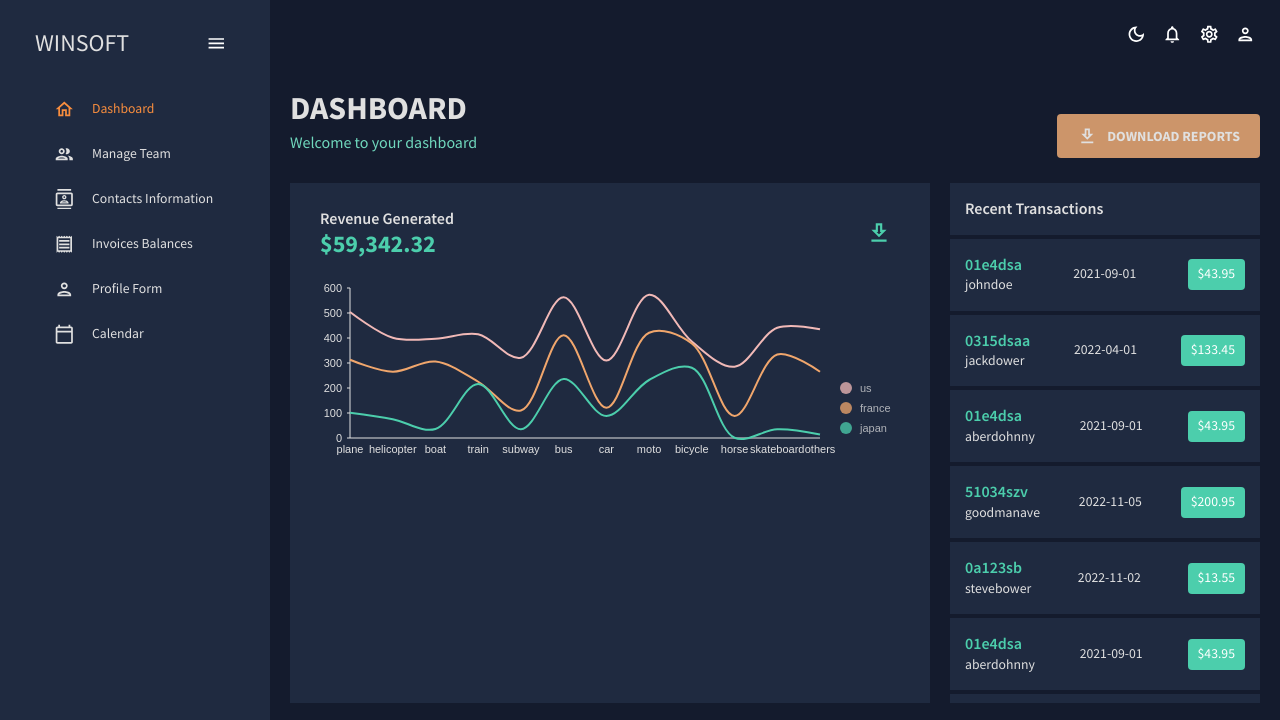
Repository: thamaraiselvan315731/winssoft
Page: /
These files come from the project's save history. The page is drawn as it stood at one moment and after the next save; the edit follows.
The browser window is 1280 px wide. The pictures show the whole page.
The project was rebuilt for these pictures with package versions that can differ from the ones it lists, and the page was loaded fresh each time. Also part of the build but not shown: src/pages/team/index.jsx, src/pages/invoices/index.jsx, src/pages/contacts/index.jsx, src/pages/form/index.jsx, src/data/mockGeoFeatures.js, src/components/GeographyChart.jsx, src/components/BarChart.jsx, src/components/ProgressCircle.jsx and 3 more.

Above is the page before, as saved 2022-12-01 11:09:54.

### src/App.js
import { useState } from "react";
import { Routes, Route } from "react-router-dom";
import Topbar from "./pages/global/Topbar";
import Sidebar from "./pages/global/Sidebar";
import Team from "./pages/team";
import Invoices from "./pages/invoices";
import Contacts from "./pages/contacts";
import Form from "./pages/form";
// import Bar from "./pages/bar";
// import Line from "./pages/line";
// import Pie from "./pages/pie";
// import Geography from "./pages/geography";
import Dashboard from "./pages/dashboard";
import FAQ from "./pages/faq";
import { CssBaseline, ThemeProvider } from "@mui/material";
import { ColorModeContext, useMode } from "./theme";
import Calendar from "./pages/calendar/calendar";

function App() {
  const [theme, colorMode] = useMode();
  const [isSidebar, setIsSidebar] = useState(true);

  return (
    <ColorModeContext.Provider value={colorMode}>
      <ThemeProvider theme={theme}>
        <CssBaseline />
        <div className="app">
          <Sidebar isSidebar={isSidebar} />
          <main className="content">
            <Topbar setIsSidebar={setIsSidebar} />
            <Routes>
              <Route path="/" element={<Dashboard />} />
              <Route path="/team" element={<Team />} />
              <Route path="/contacts" element={<Contacts />} />
              <Route path="/invoices" element={<Invoices />} />
              <Route path="/form" element={<Form />} />
              {/* <Route path="/bar" element={<Bar />} />
              <Route path="/pie" element={<Pie />} />
              <Route path="/line" element={<Line />} /> */}
              <Route path="/faq" element={<FAQ />} />
              <Route path="/calendar" element={<Calendar />} />
              {/* <Route path="/geography" element={<Geography />} /> */}
            </Routes>
          </main>
        </div>
      </ThemeProvider>
    </ColorModeContext.Provider>
  );
}

export default App;

### src/pages/global/Topbar.jsx
import { Box, IconButton, useTheme } from "@mui/material";
import { useContext } from "react";
import { ColorModeContext, tokens } from "../../theme";
import InputBase from "@mui/material/InputBase";
import LightModeOutlinedIcon from "@mui/icons-material/LightModeOutlined";
import DarkModeOutlinedIcon from "@mui/icons-material/DarkModeOutlined";
import NotificationsOutlinedIcon from "@mui/icons-material/NotificationsOutlined";
import SettingsOutlinedIcon from "@mui/icons-material/SettingsOutlined";
import PersonOutlinedIcon from "@mui/icons-material/PersonOutlined";
import SearchIcon from "@mui/icons-material/Search";

const Topbar = () => {
  const theme = useTheme();
  const colors = tokens(theme.palette.mode);
  const colorMode = useContext(ColorModeContext);

  return (
    <Box display="flex" justifyContent="flex-end" p={2}>
      {/* SEARCH BAR */}
      {/* <Box
        display="flex"
        backgroundColor={colors.primary[400]}
        borderRadius="3px"
      >
        <InputBase sx={{ ml: 2, flex: 1 }} placeholder="Search" />
        <IconButton type="button" sx={{ p: 1 }}>
          <SearchIcon />
        </IconButton>
      </Box> */}

      {/* ICONS */}
      <Box display="flex">
        <IconButton onClick={colorMode.toggleColorMode}>
          {theme.palette.mode === "dark" ? (
            <DarkModeOutlinedIcon />
          ) : (
            <LightModeOutlinedIcon />
          )}
        </IconButton>
        <IconButton>
          <NotificationsOutlinedIcon />
        </IconButton>
        <IconButton>
          <SettingsOutlinedIcon />
        </IconButton>
        <IconButton>
          <PersonOutlinedIcon />
        </IconButton>
      </Box>
    </Box>
  );
};

export default Topbar;

### src/pages/global/Sidebar.jsx
import { useState } from "react";
import { ProSidebar, Menu, MenuItem } from "react-pro-sidebar";
import { Box, IconButton, Typography, useTheme } from "@mui/material";
import { Link } from "react-router-dom";
import "react-pro-sidebar/dist/css/styles.css";
import { tokens } from "../../theme";
import HomeOutlinedIcon from "@mui/icons-material/HomeOutlined";
import PeopleOutlinedIcon from "@mui/icons-material/PeopleOutlined";
import ContactsOutlinedIcon from "@mui/icons-material/ContactsOutlined";
import ReceiptOutlinedIcon from "@mui/icons-material/ReceiptOutlined";
import PersonOutlinedIcon from "@mui/icons-material/PersonOutlined";
import CalendarTodayOutlinedIcon from "@mui/icons-material/CalendarTodayOutlined";// eslint-disable-next-line
import HelpOutlineOutlinedIcon from "@mui/icons-material/HelpOutlineOutlined";// eslint-disable-next-line
import BarChartOutlinedIcon from "@mui/icons-material/BarChartOutlined";// eslint-disable-next-line
import PieChartOutlineOutlinedIcon from "@mui/icons-material/PieChartOutlineOutlined";// eslint-disable-next-line
import TimelineOutlinedIcon from "@mui/icons-material/TimelineOutlined";// eslint-disable-next-line
import MenuOutlinedIcon from "@mui/icons-material/MenuOutlined";// eslint-disable-next-line
import MapOutlinedIcon from "@mui/icons-material/MapOutlined";// eslint-disable-next-line

const Item = ({ title, to, icon, selected, setSelected }) => {
  const theme = useTheme();
  const colors = tokens(theme.palette.mode);
  return (
    <MenuItem
      active={selected === title}
      style={{
        color: colors.grey[100],
      }}
      onClick={() => setSelected(title)}
      icon={icon}
    >
      <Typography>{title}</Typography>
      <Link to={to} />
    </MenuItem>
  );
};

const Sidebar = () => {
  const theme = useTheme();
  const colors = tokens(theme.palette.mode);
  const [isCollapsed, setIsCollapsed] = useState(false);
  const [selected, setSelected] = useState("Dashboard");

  return (
    <Box
      sx={{
        "& .pro-sidebar-inner": {
          background: `${colors.primary[400]} !important`,
        },
        "& .pro-icon-wrapper": {
          backgroundColor: "transparent !important",
        },
        "& .pro-inner-item": {
          padding: "5px 35px 5px 20px !important",
        },
        "& .pro-inner-item:hover": {
          color: "#f78d3e !important",
        },
        "& .pro-menu-item.active": {
          color: "#f78d3e !important",
        },
      }}
    >
      <ProSidebar collapsed={isCollapsed}>
        <Menu iconShape="square">
          {/* LOGO AND MENU ICON */}
          <MenuItem
            onClick={() => setIsCollapsed(!isCollapsed)}
            icon={isCollapsed ? <MenuOutlinedIcon /> : undefined}
            style={{
              margin: "10px 0 20px 0",
              color: colors.grey[100],
            }}
          >
            {!isCollapsed && (
              <Box
                display="flex"
                justifyContent="space-between"
                alignItems="center"
                ml="15px"
              >
                <Typography variant="h3" color={colors.grey[100]}>
                  WINSOFT
                </Typography>
                <IconButton onClick={() => setIsCollapsed(!isCollapsed)}>
                  <MenuOutlinedIcon />
                </IconButton>
              </Box>
            )}
          </MenuItem>

          {/* {!isCollapsed && (
            <Box mb="25px">
              <Box display="flex" justifyContent="center" alignItems="center">
                <img
                  alt="profile-user"
                  width="100px"
                  height="100px"
                  src={`../../assets/user.png`}
                  style={{ cursor: "pointer", borderRadius: "50%" }}
                />
              </Box>
              <Box textAlign="center">
                <Typography
                  variant="h2"
                  color={colors.grey[100]}
                  fontWeight="bold"
                  sx={{ m: "10px 0 0 0" }}
                >
                  Ed Roh
                </Typography>
                <Typography variant="h5" color={colors.greenAccent[500]}>
                  VP Fancy Admin
                </Typography>
              </Box>
            </Box>
          )} */}

          <Box paddingLeft={isCollapsed ? undefined : "10%"}>
            <Item
              title="Dashboard"
              to="/"
              icon={<HomeOutlinedIcon />}
              selected={selected}
              setSelected={setSelected}
            />

            {/* <Typography
              variant="h6"
              color={colors.grey[300]}
              sx={{ m: "15px 0 5px 20px" }}
            >
              Data
            </Typography> */}
            <Item
              title="Manage Team"
              to="/team"
              icon={<PeopleOutlinedIcon />}
              selected={selected}
              setSelected={setSelected}
            />
            <Item
              title="Contacts Information"
              to="/contacts"
              icon={<ContactsOutlinedIcon />}
              selected={selected}
              setSelected={setSelected}
            />
            <Item
              title="Invoices Balances"
              to="/invoices"
              icon={<ReceiptOutlinedIcon />}
              selected={selected}
              setSelected={setSelected}
            />

            {/* <Typography
              variant="h6"
              color={colors.grey[300]}
              sx={{ m: "15px 0 5px 20px" }}
            >
              Pages
            </Typography> */}
            <Item
              title="Profile Form"
              to="/form"
              icon={<PersonOutlinedIcon />}
              selected={selected}
              setSelected={setSelected}
            />
            <Item
              title="Calendar"
              to="/calendar"
              icon={<CalendarTodayOutlinedIcon />}
              selected={selected}
              setSelected={setSelected}
            />
            {/* <Item
              title="FAQ Page"
              to="/faq"
              icon={<HelpOutlineOutlinedIcon />}
              selected={selected}
              setSelected={setSelected}
            /> */}

            {/* <Typography
              variant="h6"
              color={colors.grey[300]}
              sx={{ m: "15px 0 5px 20px" }}
            >
              Charts
            </Typography>
            <Item
              title="Bar Chart"
              to="/bar"
              icon={<BarChartOutlinedIcon />}
              selected={selected}
              setSelected={setSelected}
            />
            <Item
              title="Pie Chart"
              to="/pie"
              icon={<PieChartOutlineOutlinedIcon />}
              selected={selected}
              setSelected={setSelected}
            />
            <Item
              title="Line Chart"
              to="/line"
              icon={<TimelineOutlinedIcon />}
              selected={selected}
              setSelected={setSelected}
            />
            <Item
              title="Geography Chart"
              to="/geography"
              icon={<MapOutlinedIcon />}
              selected={selected}
              setSelected={setSelected}
            /> */}
          </Box>
        </Menu>
      </ProSidebar>
    </Box>
  );
};

export default Sidebar;

### src/pages/dashboard/index.jsx
import { Box, Button, IconButton, Typography, useTheme } from "@mui/material";
import { tokens } from "../../theme";
import { mockTransactions } from "../../data/mockData";
import DownloadOutlinedIcon from "@mui/icons-material/DownloadOutlined";
import { AreaCharts } from "../../Charts/AreaChart"
import EmailIcon from "@mui/icons-material/Email";
import PointOfSaleIcon from "@mui/icons-material/PointOfSale";
import PersonAddIcon from "@mui/icons-material/PersonAdd";
import TrafficIcon from "@mui/icons-material/Traffic";
import Header from "../../components/Header";
import LineChart from "../../components/LineChart";
import GeographyChart from "../../components/GeographyChart";
import BarChart from "../../components/BarChart";
import StatBox from "../../components/StatBox";
import ProgressCircle from "../../components/ProgressCircle";

const Dashboard = () => {
  const theme = useTheme();
  const colors = tokens(theme.palette.mode);

  return (

    <Box m="20px">
      {/* HEADER */}
      <Box display="flex" justifyContent="space-between" alignItems="center">
        <Header title="DASHBOARD" subtitle="Welcome to your dashboard" />

        <Box>
          <Button
            sx={{
              backgroundColor: colors.blueAccent[700],
              color: colors.grey[100],
              fontSize: "14px",
              fontWeight: "bold",
              padding: "10px 20px",
            }}
          >
            <DownloadOutlinedIcon sx={{ mr: "10px" }} />
            Download Reports
          </Button>
        </Box>
      </Box>

      {/* GRID & CHARTS */}
      <Box
        display="grid"
        gridTemplateColumns="repeat(12, 1fr)"
        gridAutoRows="250px"
        gap="20px"
      >
        {/* ROW 1 */}
        {/* <Box
          gridColumn="span 8"
          backgroundColor={colors.primary[400]}
          display="flex"
          alignItems="center"
          justifyContent="center"
        >
          <AreaCharts />

        </Box> */}

        {/* <Box
          gridColumn="span 3"
          backgroundColor={colors.primary[400]}
          display="flex"
          alignItems="center"
          justifyContent="center"
        >
          <StatBox
            title="431,225"
            subtitle="Sales Obtained"
            progress="0.50"
            increase="+21%"
            icon={
              <PointOfSaleIcon
                sx={{ color: colors.greenAccent[600], fontSize: "26px" }}
              />
            }
          />
        </Box>
        <Box
          gridColumn="span 3"
          backgroundColor={colors.primary[400]}
          display="flex"
          alignItems="center"
          justifyContent="center"
        >
          <StatBox
            title="32,441"
            subtitle="New Clients"
            progress="0.30"
            increase="+5%"
            icon={
              <PersonAddIcon
                sx={{ color: colors.greenAccent[600], fontSize: "26px" }}
              />
            }
          />
        </Box>
        <Box
          gridColumn="span 3"
          backgroundColor={colors.primary[400]}
          display="flex"
          alignItems="center"
          justifyContent="center"
        >
          <StatBox
            title="1,325,134"
            subtitle="Traffic Received"
            progress="0.80"
            increase="+43%"
            icon={
              <TrafficIcon
                sx={{ color: colors.greenAccent[600], fontSize: "26px" }}
              />
            }
          />
        </Box> */}

        {/* ROW 2 */}
        <Box
          gridColumn="span 8"
          gridRow="span 2"
          backgroundColor={colors.primary[400]}
        >
          <Box
            mt="25px"
            p="0 30px"
            display="flex "
            justifyContent="space-between"
            alignItems="center"
          >
            <Box>
              <Typography
                variant="h5"
                fontWeight="600"
                color={colors.grey[100]}
              >
                Revenue Generated
              </Typography>
              <Typography
                variant="h3"
                fontWeight="bold"
                color={colors.greenAccent[500]}
              >
                $59,342.32
              </Typography>
            </Box>
            <Box>
              <IconButton>
                <DownloadOutlinedIcon
                  sx={{ fontSize: "26px", color: colors.greenAccent[500] }}
                />
              </IconButton>
            </Box>
          </Box>
          <Box height="250px" m="-20px 0 0 0">
            <LineChart isDashboard={true} />
          </Box>
        </Box>
        <Box
          gridColumn="span 4"
          gridRow="span 2"
          backgroundColor={colors.primary[400]}
          overflow="auto"
        >
          <Box
            display="flex"
            justifyContent="space-between"
            alignItems="center"
            borderBottom={`4px solid ${colors.primary[500]}`}
            colors={colors.grey[100]}
            p="15px"
          >
            <Typography color={colors.grey[100]} variant="h5" fontWeight="600">
              Recent Transactions
            </Typography>
          </Box>
          {mockTransactions.map((transaction, i) => (
            <Box
              key={`${transaction.txId}-${i}`}
              display="flex"
              justifyContent="space-between"
              alignItems="center"
              borderBottom={`4px solid ${colors.primary[500]}`}
              p="15px"
            >
              <Box>
                <Typography
                  color={colors.greenAccent[500]}
                  variant="h5"
                  fontWeight="600"
                >
                  {transaction.txId}
                </Typography>
                <Typography color={colors.grey[100]}>
                  {transaction.user}
                </Typography>
              </Box>
              <Box color={colors.grey[100]}>{transaction.date}</Box>
              <Box
                backgroundColor={colors.greenAccent[500]}
                p="5px 10px"
                borderRadius="4px"
              >
                ${transaction.cost}
              </Box>
            </Box>
          ))}
        </Box>

        {/* ROW 3 */}
        {/* <Box
          gridColumn="span 4"
          gridRow="span 2"
          backgroundColor={colors.primary[400]}
          p="30px"
        >
          <Typography variant="h5" fontWeight="600">
            Campaign
          </Typography>
          <Box
            display="flex"
            flexDirection="column"
            alignItems="center"
            mt="25px"
          >
            <ProgressCircle size="125" />
            <Typography
              variant="h5"
              color={colors.greenAccent[500]}
              sx={{ mt: "15px" }}
            >
              $48,352 revenue generated
            </Typography>
            <Typography>Includes extra misc expenditures and costs</Typography>
          </Box>
        </Box>
        <Box
          gridColumn="span 4"
          gridRow="span 2"
          backgroundColor={colors.primary[400]}
        >
          <Typography
            variant="h5"
            fontWeight="600"
            sx={{ padding: "30px 30px 0 30px" }}
          >
            Sales Quantity
          </Typography>
          <Box height="250px" mt="-20px">
            <BarChart isDashboard={true} />
          </Box>
        </Box>
        <Box
          gridColumn="span 4"
          gridRow="span 2"
          backgroundColor={colors.primary[400]}
          padding="30px"
        >
          <Typography
            variant="h5"
            fontWeight="600"
            sx={{ marginBottom: "15px" }}
          >
            Geography Based Traffic
          </Typography>
          <Box height="200px">
            <GeographyChart isDashboard={true} />
          </Box>
        </Box> */}
      </Box>
    </Box>
  );
};

export default Dashboard;

### src/components/LineChart.jsx
import { ResponsiveLine } from "@nivo/line";
import { useTheme } from "@mui/material";
import { tokens } from "../theme";
import { mockLineData as data } from "../data/mockData";

const LineChart = ({ isCustomLineColors = false, isDashboard = false }) => {
  const theme = useTheme();
  const colors = tokens(theme.palette.mode);

  return (
    <ResponsiveLine
      data={data}
      theme={{
        axis: {
          domain: {
            line: {
              stroke: colors.grey[100],
            },
          },
          legend: {
            text: {
              fill: colors.grey[100],
            },
          },
          ticks: {
            line: {
              stroke: colors.grey[100],
              strokeWidth: 1,
            },
            text: {
              fill: colors.grey[100],
            },
          },
        },
        legends: {
          text: {
            fill: colors.grey[100],
          },
        },
        tooltip: {
          container: {
            color: colors.primary[500],
          },
        },
      }}
      colors={isDashboard ? { datum: "color" } : { scheme: "nivo" }} // added
      margin={{ top: 50, right: 110, bottom: 50, left: 60 }}
      xScale={{ type: "point" }}
      yScale={{
        type: "linear",
        min: "auto",
        max: "auto",
        stacked: true,
        reverse: false,
      }}
      yFormat=" >-.2f"
      curve="catmullRom"
      axisTop={null}
      axisRight={null}
      axisBottom={{
        orient: "bottom",
        tickSize: 0,
        tickPadding: 5,
        tickRotation: 0,
        legend: isDashboard ? undefined : "transportation", // added
        legendOffset: 36,
        legendPosition: "middle",
      }}
      axisLeft={{
        orient: "left",
        tickValues: 5, // added
        tickSize: 3,
        tickPadding: 5,
        tickRotation: 0,
        legend: isDashboard ? undefined : "count", // added
        legendOffset: -40,
        legendPosition: "middle",
      }}
      enableGridX={false}
      enableGridY={false}
      pointSize={8}
      pointColor={{ theme: "background" }}
      pointBorderWidth={2}
      pointBorderColor={{ from: "serieColor" }}
      pointLabelYOffset={-12}
      useMesh={true}
      legends={[
        {
          anchor: "bottom-right",
          direction: "column",
          justify: false,
          translateX: 100,
          translateY: 0,
          itemsSpacing: 0,
          itemDirection: "left-to-right",
          itemWidth: 80,
          itemHeight: 20,
          itemOpacity: 0.75,
          symbolSize: 12,
          symbolShape: "circle",
          symbolBorderColor: "rgba(0, 0, 0, .5)",
          effects: [
            {
              on: "hover",
              style: {
                itemBackground: "rgba(0, 0, 0, .03)",
                itemOpacity: 1,
              },
            },
          ],
        },
      ]}
    />
  );
};

export default LineChart;

### src/Charts/AreaChart.js
import { LineChart, Line, AreaChart, ResponsiveContainer, YAxis, Area, Tooltip, CartesianGrid, linearGradient, XAxis } from 'recharts';


const data = [
    {
        "name": "Page A",
        "uv": 4000,
        "pv": 2400,
        "amt": 2400
    },
    {
        "name": "Page B",
        "uv": 3000,
        "pv": 1398,
        "amt": 2210
    },
    {
        "name": "Page C",
        "uv": 2000,
        "pv": 9800,
        "amt": 2290
    },
    {
        "name": "Page D",
        "uv": 2780,
        "pv": 3908,
        "amt": 2000
    },
    {
        "name": "Page E",
        "uv": 1890,
        "pv": 4800,
        "amt": 2181
    },
    {
        "name": "Page F",
        "uv": 2390,
        "pv": 3800,
        "amt": 2500
    },
    {
        "name": "Page G",
        "uv": 3490,
        "pv": 4300,
        "amt": 2100
    }
]


export const AreaCharts = () => {
    // const theme = useTheme();
    // const colors = tokens(theme.palette.mode);

    return (
        <ResponsiveContainer width={700} height="80%">
            < AreaChart width={730} height={250} data={data}
                margin={{ top: 10, right: 30, left: 0, bottom: 0 }}>
                <defs>
                    <linearGradient id="colorUv" x1="0" y1="0" x2="0" y2="1">
                        <stop offset="5%" stopColor="#de965d" stopOpacity={0.8} />
                        <stop offset="95%" stopColor="#de965d" stopOpacity={0} />
                    </linearGradient>
                    <linearGradient id="colorPv" x1="0" y1="0" x2="0" y2="1">
                        <stop offset="5%" stopColor="#82ca9d" stopOpacity={0.8} />
                        <stop offset="95%" stopColor="#82ca9d" stopOpacity={0} />
                    </linearGradient>
                </defs>
                <XAxis dataKey="name" />
                <YAxis />
                <CartesianGrid strokeDasharray="3 3" />
                <Tooltip />
                <Area type="monotone" dataKey="uv" stroke="#de965d" fillOpacity={1} fill="url(#colorUv)" />
                <Area type="monotone" dataKey="pv" stroke="#82ca9d" fillOpacity={1} fill="url(#colorPv)" />
            </AreaChart ></ResponsiveContainer>
    );
};

Loaded but not shown: public/index.html (common file); src/index.js (common file); src/index.css (common file); src/components/Header.jsx (common file); src/data/mockData.js (1283 lines, source omitted); src/theme.js (214 lines, source omitted)

After the next save:
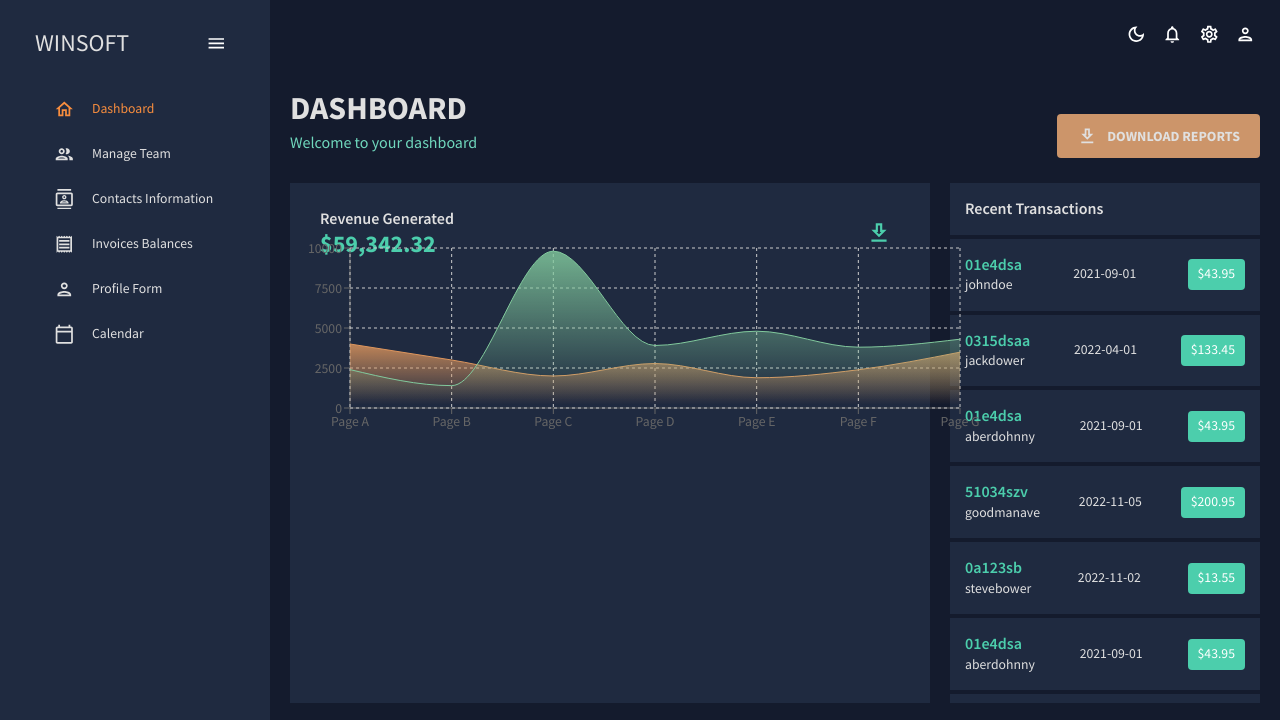
Saved 25 s later.
--- a/src/pages/dashboard/index.jsx
+++ b/src/pages/dashboard/index.jsx
@@ -156,7 +156,7 @@ const Dashboard = () => {
             </Box>
           </Box>
           <Box height="250px" m="-20px 0 0 0">
-            <LineChart isDashboard={true} />
+            <AreaCharts />
           </Box>
         </Box>
         <Box
